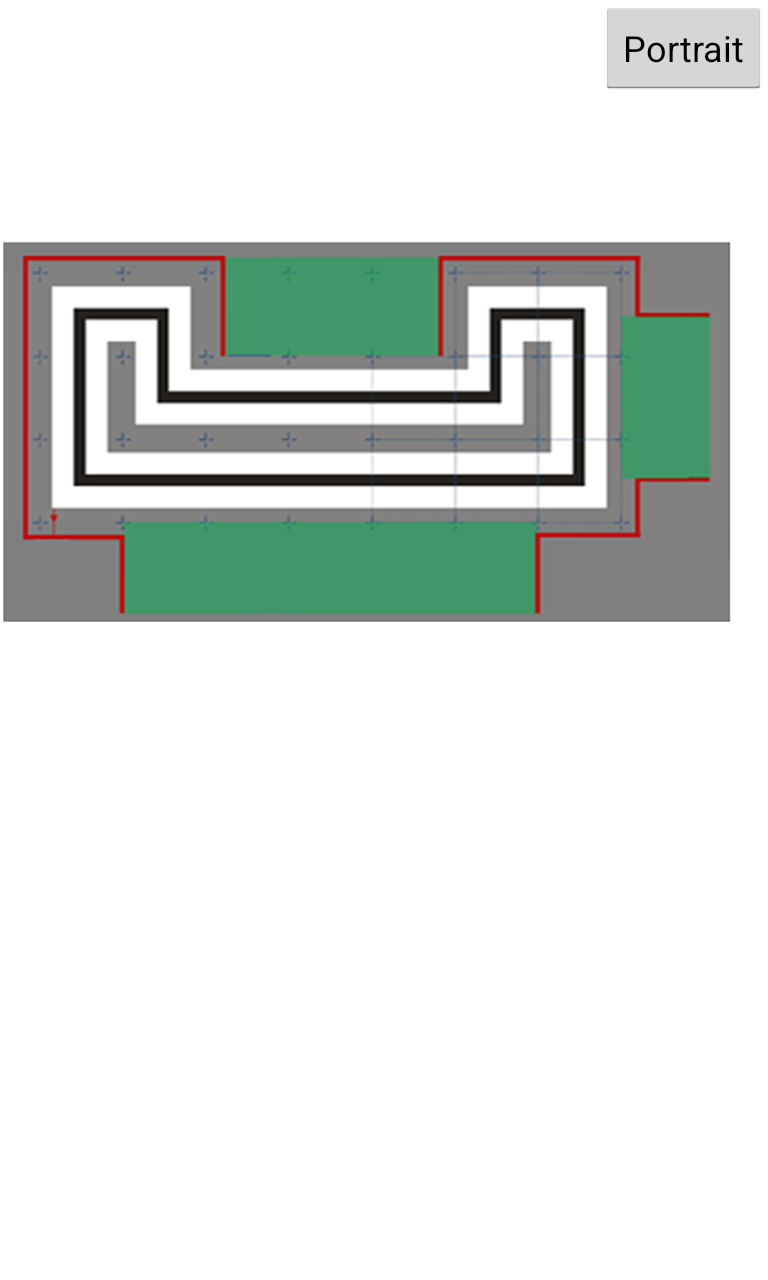
Repository: VietPhamTuyen/HSAMR_HMI_Viet
Layout: NXT/NXT Fernsteuerung/res/layout/fragment_side_pane2l.xml
These files come from the project's save history. The layout is drawn as it stood at one moment and after the next save; the edit follows.
It is drawn on a 768 x 1280 px phone screen (xhdpi) without system bars, with theme AppTheme; the app's code is not run.

Above is the layout before, as saved 2014-11-15 11:27:37.

### NXT/NXT Fernsteuerung/res/layout/fragment_side_pane2l.xml
<?xml version="1.0" encoding="utf-8"?>
<RelativeLayout xmlns:android="http://schemas.android.com/apk/res/android"
    android:layout_width="match_parent"
    android:layout_height="match_parent"
    android:orientation="horizontal"  >

    <Button
        android:id="@+id/portraitbutton"
        android:layout_width="wrap_content"
        android:layout_height="wrap_content"
        android:layout_alignParentRight="true"
        android:layout_alignParentTop="true"
        android:onClick="PortraitButton"
        android:text="@string/portraitButton" />

    <ImageView
        android:id="@+id/imageView1"
        android:layout_width="wrap_content"
        android:layout_height="wrap_content"
        android:layout_alignParentLeft="false"
        android:layout_alignParentTop="false"
        android:src="@drawable/map_hor_v1_1" />

</RelativeLayout>

### NXT/NXT Fernsteuerung/res/values/strings.xml
<resources>
    <string name="app_name">RCTestapp</string>
    <string name="menu_settings">Settings</string>
    <string name="title_activity_main">RCTestapp</string>
    <string name="title_activity_position_visualization">PositionVisualization</string>
    <string name="x_Value">x:</string>
    <string name="y_Value">y:</string>
    <string name="title_paired_devices">Paired devices</string>
	<string name="title_other_devices">Other devices</string>
	<string name="title_activity_bluetooth">Bluetooth</string>
	<string name="setupBluetooth">Connect</string>
	<string name="text_scan_bt_devices">Scan for devices</string>
	<string name="bt_adapter_available">Bluetooth adapter available</string>
	<string name="toggle_text_pause">SCOUT</string>
	<string name="toggle_text_scout">SCOUT</string>
	<string name="togglebutton">ToggleButton</string>
	<string name="textview_status">Status:</string>
	<string name="angle_Value">Angle:</string>
	<string name="distance_front_value">dist front:</string>
	<string name="distance_front_side_value">dist front (side):</string>
	<string name="distance_back_value">dist back:</string>
	<string name="distance_back_side_value">dist back (side):</string>
	<string name="bluetooth_label">Bluetooth:</string>
	<string name="disconnetButton">Disconnect</string>
	<string name="landscapeButton">Landscape</string>
	<string name="portraitButton">Portrait</string>
	<string name="bt_connect_hint">Please select a Robot from the list. Make sure it has been paired, is within bluetooth reach and has been set to connect mode.</string>
</resources>

Loaded but not shown: NXT/NXT Fernsteuerung/res/values-v11/styles.xml (common file); NXT/NXT Fernsteuerung/res/values-v14/styles.xml (common file); NXT/NXT Fernsteuerung/res/values/styles.xml (common file)

After the next save:
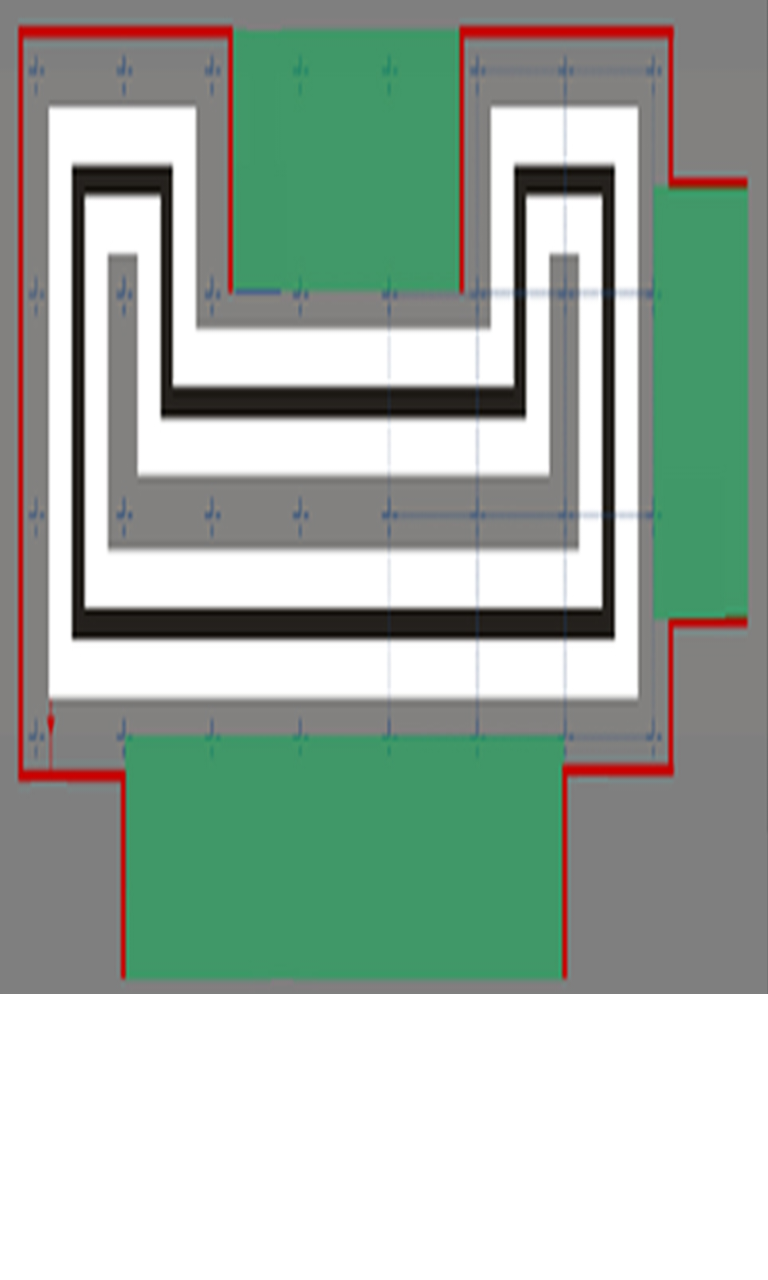
Saved 5 min 4 s later.
--- a/NXT/NXT Fernsteuerung/res/layout/fragment_side_pane2l.xml
+++ b/NXT/NXT Fernsteuerung/res/layout/fragment_side_pane2l.xml
@@ -17,8 +17,11 @@
         android:id="@+id/imageView1"
         android:layout_width="wrap_content"
         android:layout_height="wrap_content"
-        android:layout_alignParentLeft="false"
-        android:layout_alignParentTop="false"
-        android:src="@drawable/map_hor_v1_1" />
+        android:layout_alignParentLeft="true"
+        android:adjustViewBounds="false"
+        android:baselineAlignBottom="false"
+        android:cropToPadding="true"
+        android:scaleType="fitXY"
+        android:src="@drawable/map_hor_v1_2" />
 
 </RelativeLayout>
